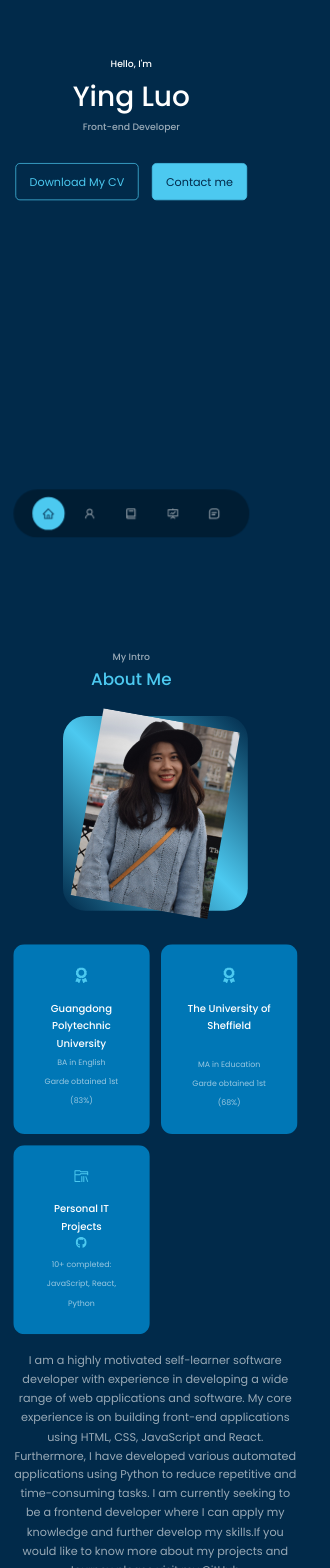
Repository: yingluo1020/react-portfolio-website
Page: /
These files come from the project's save history. The page is drawn as it stood at one moment and after the next save; the edit follows.
The browser window is 375 px wide. The page is 472 px wide, so the pictures cover 472 px, including what lies to the right of the window. The pictures show the part of the page from y = 0 to 2240 px (the page is 6400 px tall before and 6000 px after), at 70% of full size.
The project was rebuilt for these pictures with package versions that can differ from the ones it lists, and the page was loaded fresh each time. Imported but missing from the stored project, and not drawn on this page: src/assets/cv1.pdf.

Above is the page before, as saved 2022-03-16 09:26:39.

### src/index.css
@import url('https://fonts.googleapis.com/css2?family=Poppins:wght@300;400;500;600&display=swap');

* {
 margin: 0;
 padding: 0;
 border: 0;
 outline: 0;
 box-sizing: border-box;
 list-style: none;
 text-decoration: none;
}

:root {
    --color-bg:#012a4a;
    --color-bg-variant:#0077b6;
    --color-primary:#4cc9f0;
    --color-primary-variant:rgba(77,181,255,0.4);
    --color-white:#fff;
    --color-light:rgba(255,255,255,0.6);

    --transition:all 400ms ease;

    --container-width-lg:75%;
    --container-width-md:86%;
    --container-width-sm:90%;
}

html {
    scroll-behavior:smooth;
}

::-webkit-scrollbar {
    display: none;
}

body {
    font-family: 'Poppins', sans-serif;
    background: var(--color-bg);
    color:var(--color-white);
    line-height:1.7;
}

/* general styles */
.container {
    width:var(--container-width-lg);
    margin: 0 auto;
}

h1,
h2,
h3,
h4,
h5 {
    font-weight: 500;
}

h1 {
    font-size: 2.5rem;
}

section {
    margin-top: 8rem;
    /* height: 100vh; */
}

section > h2, section > h5 {
    text-align: center;
    color: var(--color-light);
}

section > h2 {
    color: var(--color-primary);
    margin-bottom: 3rem;
}

.text-light {
    color: var(--color-light);
}

a {
    color: var(--color-primary);
    transition: var(--transition);
}

a:hover {
    color: var(--color-white);
}

.btn {
    width: max-content;
    display: inline-block;
    color: var(--color-primary);
    padding: 0.75rem 1.2rem;
    border-radius:0.4rem;
    cursor: pointer;
    border: 1px solid var(--color-primary);
    transition: var(--transition);
}

.btn:hover{
    background: var(--color-white);
    color: var(--color-bg);
    border-color: transparent;
}

.btn-primary {
    background: var(--color-primary);
    color: var(--color-bg);
}

img{
    display: block;
    width: 100%;
    object-fit: cover;
}

/* media queries(medium devices)*/
@media screen and (max-width:1024px) {
    .container {
        width: var(--container-width-sm);
    }

    section> h2 {
        margin-bottom: 2rem;
    }
}

### src/components/header/Header.js
import React from 'react'
import avatar from '../../assets/avatar.JPG'
import './header.css';
import CV from '../../assets/cv1.pdf'


function Header() {
    return (
        <header>
            <div className="container header_container">
                <h5>Hello, I'm</h5>
                <h1>Ying Luo</h1>
                <h5 className="text-light">Front-end Developer</h5>

                <div className='cta'>
                    <a href={CV} download className='btn'>Download My CV</a>
                    <a href="#contact" className='btn btn-primary'>Contact me</a>
                </div>
            </div>
        </header>
    )
}

export default Header

### src/components/nav/Nav.js
import React, { useState } from 'react'
import './nav.css'
import { AiOutlineHome, } from 'react-icons/ai'
import { AiOutlineUser } from 'react-icons/ai'
import { BiBook } from 'react-icons/bi'
import { AiOutlineFundProjectionScreen } from 'react-icons/ai'
import { BiMessageSquareDetail } from 'react-icons/bi'


function Nav() {
    const [activeNav, setActiveNav] = useState('#')
    return (
        <nav>
            <a href="#" onClick={() => setActiveNav('#')} className={activeNav === '#' ? 'active' : ''}><AiOutlineHome /></a>
            <a href="#about" onClick={() => setActiveNav('#about')} className={activeNav === '#about' ? 'active' : ''}><AiOutlineUser /></a>
            <a href="#experience" onClick={() => setActiveNav('#experience')} className={activeNav === '#experience' ? 'active' : ''}><BiBook /></a>
            <a href="#portfolio" onClick={() => setActiveNav('#services')} className={activeNav === '#services' ? 'active' : ''}><AiOutlineFundProjectionScreen /></a>
            <a href="#contact" onClick={() => setActiveNav('#contact')} className={activeNav === '#contact' ? 'active' : ''}><BiMessageSquareDetail /></a>
        </nav>
    )
}

export default Nav

### src/components/about/About.js
import React from 'react'
import avatar from '../../assets/avatar.JPG'
import { FaAward } from 'react-icons/fa'
import { VscFolderLibrary } from 'react-icons/vsc'
import { FaGithub } from 'react-icons/fa';
import './about.css';

function About() {
    return (
        <section id='about'>
            <h5>My Intro</h5>
            <h2>About Me</h2>

            <div className="container about_container">
                <div className="about_me">
                    <div className="about_image">
                        <img src={avatar} alt="About Image" />
                    </div>
                </div>

                <div className="about_content">
                    <div className="about_cards">
                        <article className="about_card">
                            <FaAward className='about_icon' />
                            <h5>Guangdong Polytechnic University</h5>
                            <small>BA in English</small><br />
                            <small>Garde obtained 1st (83%)</small>
                        </article>

                        <article className="about_card">
                            <FaAward className='about_icon' />
                            <h5>The University of Sheffield</h5><br />
                            <small>MA in Education</small><br />
                            <small>Garde obtained 1st (68%)</small>
                        </article>
                        <article className="about_card">
                            <VscFolderLibrary className='about_icon' />
                            <h5>Personal IT Projects </h5>
                            <a href="https://github.com/yingluo1020" target="_blank"><FaGithub /></a><br />
                            <small>10+ completed:</small><br />
                            <small>JavaScript, React, Python </small>

                        </article>

                    </div>

                    <p>I am a highly motivated self-learner software developer with experience in developing a wide range of web applications and software. My core experience is on building front-end applications using HTML, CSS, JavaScript and React. Furthermore, I have developed various automated applications using Python to reduce repetitive and time-consuming tasks. I am currently seeking to be a frontend developer where I can apply my knowledge and further develop my skills.If you would like to know more about my projects and Journey please visit my GitHub. </p>
                    <div className="about_btn">
                        <a href="#contact" className="btn btn">Contact Me</a>
                        <a href="#" target="_blank" className="btn btn-primary">Go to My Projects</a>
                        <a href="https://github.com/yingluo1020" target="_blank" className="btn btn-primary"><FaGithub /></a>
                    </div>

                </div>
            </div>
        </section>
    )
}

export default About

### src/components/experience/Experience.js
import React from 'react'
import './experience.css';
import { BsPatchCheck } from 'react-icons/bs'


function Experience() {
    return (
        <section id='experience'>
            <h5>What Skills I Have</h5>
            <h2>My Experience</h2>

            <div className="container experience_container">
                <div className="experience_frontend">
                    <div className="experience_content">
                        <article className='experience_details'>
                            <BsPatchCheck className='experience_details-icon' />
                            <div>
                                <h4>HTML</h4>
                                <small className='text_light'>Experienced</small>
                            </div>
                        </article>
                        <article className='experience_details'>
                            <BsPatchCheck className='experience_details-icon' />
                            <div>
                                <h4>CSS</h4>
                                <small className='text_light'>Experienced</small>
                            </div>
                        </article>
                        <article className='experience_details'>
                            <BsPatchCheck className='experience_details-icon' />
                            <div>
                                <h4>JavaScript</h4>
                                <small className='text_light'>Experienced</small>
                            </div>
                        </article>
                        <article className='experience_details'>
                            <BsPatchCheck className='experience_details-icon' />
                            <div>
                                <h4>React</h4>
                                <small className='text_light'>Experienced</small>
                            </div>
                        </article>
                        <article className='experience_details'>
                            <BsPatchCheck className='experience_details-icon' />
                            <div>
                                <h4>Node JS</h4>
                                <small className='text_light'>Intermediate</small>
                            </div>
                        </article>
                        <article className='experience_details'>
                            <BsPatchCheck className='experience_details-icon' />
                            <div>
                                <h4>Python</h4>
                                <small className='text_light'>Intermediate</small>
                            </div>
                        </article>
                    </div>
                </div>
            </div>
        </section>
    )
}

export default Experience

### src/components/portfolio/Portfolio.js
import React from 'react'
import './portfolio.css';
import project1 from '../../assets/todo1.jpg'
import project2 from '../../assets/search.jpg'
import project3 from '../../assets/btc_alert.jpg'



function Portfolio() {
    return (
        <section id='portfolio'>
            <h5>My Projects</h5>
            <h2>Portfolio</h2>
            <div className="container portfolio_container ">
                <article className='portfolio'>
                    <div className="portfolio_head">
                        <h3 >To-Do List web app</h3>
                    </div>


                    <div className="portfolio_item-image">
                        <img src={project1} alt="project1" />
                    </div>

                    <div className="portfolio_link">
                        <a href="https://github.com" target='_blank' className='btn btn-primary'>Github</a>
                    </div>
                </article>

                <article className='portfolio'>
                    <div className="portfolio_head">
                        <h3 >To-Do List web app</h3>
                    </div>

                    <div className="portfolio_body">
                        <div className="portfolio_item-image">
                            <img src={project2} alt="project1" />
                        </div>
                    </div>
                    <div className="portfolio_link">
                        <a href="https://github.com" target='_blank' className='btn btn-primary'>Github</a>
                    </div>
                </article>

                <article className='portfolio'>
                    <div className="portfolio_head">
                        <h3 >To-Do List web app</h3>
                    </div>

                    <div className="portfolio_body">
                        <div className="portfolio_item-image">
                            <img src={project3} alt="project1" />
                        </div>
                    </div>
                    <div className="portfolio_link">
                        <a href="https://github.com" target='_blank' className='btn btn-primary'>Github</a>
                    </div>
                </article>

            </div>
        </section>
    )
}

export default Portfolio

### src/components/contact/Contact.js
import React, { useRef } from 'react'
import './contact.css'
import { MdOutlineEmail } from 'react-icons/md'
import { RiMessengerLine } from 'react-icons/ri'
import { BsWhatsapp } from 'react-icons/bs'
import emailjs from '@emailjs/browser';


function Contact() {
    const form = useRef();

    const sendEmail = (e) => {
        e.preventDefault();

        emailjs.sendForm('service_s6sapzl', 'template_utnko3u', form.current, 'user_Ak4JS85QR5w9GZLqKm3hY')

        alert(`I'll will reply you ASAP :)`)
        e.target.reset()
    };

    return (
        <section id="contact">
            <h5>Get In Touch</h5>
            <h2>Contact Me</h2>

            <div className="container contact_container">
                <div className="contact_options">
                    <article className='contact_option'>
                        <MdOutlineEmail className='contact_option-icon' />
                        <h4>Email</h4>
                        <h5>yingluo1020@gmail.com</h5>
                        <a href="mailto:yingluo1020@gmail.com" target='_blank'>Send a message</a>
                    </article>

                    <article className='contact_option'>
                        <RiMessengerLine className='contact_option-icon' />
                        <h4>Messenger</h4>
                        <h5>Ying Luo</h5>
                        <a href="https://m.me/yng.luo" target='_blank'>Send a message</a>
                    </article>

                    <article className='contact_option'>
                        <BsWhatsapp className='contact_option-icon' />
                        <h4>WhatsApp</h4>
                        <h5>+44 7407171383</h5>
                        <a href="https://api.whatsapp.com/send?phone+447407171383" target='_blank'>Send a message</a>
                    </article>
                </div>
                {/* End of contact options */}
                <form action="" ref={form} onSubmit={sendEmail}>
                    <input type="text" name='name' placeholder='Your Name' required />
                    <input type="email" name='email' placeholder='Your Email' required />
                    <textarea type="text" name='name' placeholder='Your Message' required ></textarea>
                    <button type="submit" className="btn btn-primary">Send a message</button>
                </form>

            </div>
        </section>

    )
}

export default Contact

### src/components/footer/Footer.js
import React from 'react'
import './footer.css'
import { BsLinkedin } from 'react-icons/bs';
import { FaGithub } from 'react-icons/fa';
import { FiDribbble } from 'react-icons/fi';


function Footer() {
    return (
        <footer>
            <a href="https://github.com/yingluo1020" target="_blank" className='footer_logo'><FaGithub /> Ying Luo</a>
            <ul className='permalinks'>
                <li><a href="#">Home</a></li>
                <li><a href="#about">About</a></li>
                <li><a href="#experience">Experience</a></li>
                <li><a href="#portfolio">Portfolio</a></li>
                <li><a href="#contact">Contact</a></li>
            </ul>

            <div className="footer_copyright">
                <small>&copy; All rights reserved by Ying Luo.</small>
            </div>
        </footer>
    )
}

export default Footer

### src/components/header/header.css
header {
    height: 50vh;
    padding-top: 5rem;
    overflow: hidden;
}

.header_container {
    text-align: center;
    height: 100%;
    position: relative;
}


.cta {
    margin: 2.5rem auto;
    display: flex;
    gap:1.2rem;
    justify-content: center;
}

/* header socials  */
.header_socials{
    display: flex;
    flex-direction: column;
    align-items: center;
    gap:0.8rem;
    position: absolute;
    left: 0;
    bottom: 3rem;
}

.avatar {
    background: linear-gradient(var(--color-primary),transparent) ;
    width: 22rem;
    height: 30rem;
    position: absolute;
    left: calc(50% - 11rem);
    border-radius: 12rem 12rem 0 0 ;
    /* overflow: hidden; */
    padding: 5rem 1.5rem 1.5rem 1.5rem;
}

/* scroll down */
.scroll_down{
    position: absolute;
    right: -2.3rem;
    bottom: 5rem;
    transform: rotate(90deg);
    font-weight: 300;
    font-size: 0.9rem;
}

/* media queries(medium devices)
@media screen and (max-width:1024px) {
     header {
         height: 68vh;
     }
}

/* media queries(small devices)*/
@media screen and (max-width:600px) {
    header {
        height: 100vh;
    }

    .header_socials,.scroll_down{
        display: none;
    }
} */

### src/components/nav/nav.css
nav {
    background: rgba(0, 0, 0, 0.3);
    width: max-content;
    display: block;
    padding:0.7rem 1.7rem;
    z-index: 2;
    position: fixed;
    left: 50%;
    transform: translateX(-50%);
    bottom: 2rem;
    display: flex;
    gap: 0.8rem;
    border-radius: 3rem;
    /* backdrop-filter: blur(15px); */
}

nav a {
    background: transparent;
    padding: 0.9rem;
    border-radius:50% ;
    display: flex;
    color: var(--color-light);
    font-size: 1.1rem;
}

nav a:hover{
    background: rgba(0, 0, 0, 0.3);
}

nav a.active {
    background: var(--color-primary);
    color: var(--color-bg);
}

### src/components/about/about.css
.about_container {
    display: grid;
    grid-template-columns: 35% 50%;
    gap: 15%;
}

.about_me{
    width: 100%;
    aspect-ratio: 0.95/1;
    border-radius: 2rem;
    background: linear-gradient(45deg,transparent,var( --color-primary),transparent);
    display: grid;
    place-items: center;
}

.about_image {
    border-radius: 2rem;
    overflow: hidden;
    transform: rotate(10deg);
    transition: var(--transition);
}

.about_image:hover{
    transform: rotate(0);
}

.about_image img {
    width: 75%;
    margin: 0 auto;
}
.about_cards {
    display: grid;
    grid-template-columns: repeat(3,1fr);
    gap: 1.5rem;
}

.about_card {
    background: var(--color-bg-variant);
    border:1px solid transparent ;
    border-radius: 1rem;
    padding: 2rem;
    text-align: center;
    transition: var(--transition);
}

.about_card:hover {
    background:transparent;
    border-color:var(--color-primary-variant) ;
    cursor: default;
}

.about_icon {
    color: var(--color-primary);
    font-size: 1.4rem;
    margin-bottom: 1rem;
}

.about_card h5 {
    font-size: 0.9rem;
}

.about_card small {
    font-size: 0.7rem;
    color: var(--color-light);
}

.about_content p {
    margin: 2rem 0 2.6rem;
    color: var(--color-light);
}

.about_content .about_btn {
    display: flex;
    gap:1.2rem;
}

/* media queries(medium devices)*/
@media screen and (max-width:1024px) {
    .about_container {
        grid-template-columns: 1fr ;
        gap:0;
    }

    .about_me{
        width: 50%;
        margin: 2rem auto 4rem;
    }

    .about_content p {
        margin: 1rem 0 1.5rem;
    }
}

/* media queries(small devices)*/
@media screen and (max-width:600px) {
    .about_me{
        width: 65%;
        margin: 0 auto 3rem;
    }

    .about_cards {
        grid-template-columns: 1fr 1fr;
        gap: 1rem;
    }

    .about_content {
        text-align: center;
    }

    .about_content p {
        margin: 1.5rem 0;
    }
}

### src/components/experience/experience.css
.experience_container{
    width: 35%;
}

.experience_container >div {
    background: var(--color-bg-variant);
    padding: 2.4rem 10rem;
    border-radius: 2rem;
    border: 1px solid transparent;
    transition: var(--transition);
}

.experience_container >div:hover{
    background: transparent;
    border-color: var(--color-primary-variant);
    cursor: default;
}

.experience_content {
    display: grid;
    grid-template-columns: 1fr 1fr;
    gap: 5rem;
    row-gap: 2rem;
}

.experience_details {
    display: flex;
    gap: 1rem;
}

.experience_details-icon{
    margin-top: 6px;
    color: var(--color-primary);
}

/* media queries(medium devices)*/
@media screen and (max-width:1024px) {
    .experience_container{
        grid-template-columns: 1fr;
    }

    .experience_container >div {
        width: 80%;
        padding: 2rem;
        margin: 0 auto;
    }

    .experience_content {
        padding: 1rem;
    }
}

/* media queries(small devices)*/
@media screen and (max-width:600px) {
    .experience_container{
        gap: 1rem;
    }

    .experience_container >div {
        width: 100%;
        padding: 2rem 1rem;
    }
}

### src/components/portfolio/portfolio.css
.portfolio_container{
    display: grid;
    grid-template-columns: repeat(3,1fr);
    gap: 2.5rem;
}

.portfolio {
    background: var(--color-bg-variant);
    border-radius:0 0 2rem 2rem;
    border: 1px solid transparent;
    /* height: fit-content; */
    transition: var(--transition);
}

.portfolio:hover {
    background: transparent;
    border-color: var(--color-primary-variant);
    transition: var(--transition);
}

.portfolio_head{
    background: var(--color-primary);
    border-radius:0 0 2rem 2rem;
    padding: 2rem;
    box-shadow: 0 2rem 1rem rgba(0,0,0,0.1);
}

.portfolio_head h3 {
    text-align: center;
    font-size: 1rem;
    color: var(--color-bg);
}

.portfolio_item-image {
    width: 20rem;
    height: 20rem;
    /* aspect-ratio: 1/1;   */
    border-radius: 1.5rem;
    overflow: hidden;
    margin: 1rem auto;
}

.portfolio_link {
    display: flex;
    justify-content: center;
    margin: 1rem 0;
}


/* media queries(medium devices)*/
@media screen and (max-width:1024px) {
    .portfolio_container{
        grid-template-columns: 1fr 1fr;
        gap: 1.2rem;
    }
}

/* media queries(small devices)*/
@media screen and (max-width:600px) {
    .portfolio_container {
        grid-template-columns: 1fr;
        gap: 1rem;
    }
}

### src/components/contact/contact.css
.contact_container {
    width: 58%;
    display: grid;
    grid-template-columns: 30% 58%;
    gap: 12%;
}

.contact_options {
    display: flex;
    flex-direction: column;
    gap: 1.2rem;
}

.contact_option{
    background: var(--color-bg-variant);
    padding: 1.2rem ;
    border-radius:1.2rem;
    border: 1px solid transparent;
    text-align: center;
    transition: var(--transition);
}

.contact_option:hover{
    background: transparent;
    border-color: var(--color-primary-variant);
}

.contact_option-icon{
    font-size: 1.5rem;
    margin-bottom: 0.5rem;
}

.contact_option a {
    margin-top: 0.7rem;
    display: inline-block;
    font-size: 0.8rem;
}

/* form */
form {
    display: flex;
    flex-direction: column;
    gap: 1.2rem;
}

input, textarea{
    width: 100%;
    padding: 1.5rem ;
    border-radius:0.5rem;
    border: 2px solid var(--color-primary-variant);
    background: transparent;
    resize: none; /* 元素不能被用户缩放。 */
    color: var(--color-white);
}

/* media queries(medium devices)*/
@media screen and (max-width:1024px) {
    .contact_container {
        grid-template-columns: 1fr;
        gap: 2rem;
    }

}

/* media queries(small devices)*/
@media screen and (max-width:600px) {
    .contact_container{
        width: var(--container-width-sm);
    }
}

### src/components/footer/footer.css
footer {
    background: var(--color-primary);
    padding: 2rem 0;
    text-align: center;
    font-size: 0.9rem;
    margin-top: 7rem;
}

footer a {
    color: var(--color-bg);
}

.footer_logo{
    font-size: 2rem;
    font-weight: 500;
    margin-bottom: 2rem;
    display: inline-block;
}

.permalinks{
    display: flex;
    flex-wrap: wrap;
    justify-content: center;
    gap: 2rem;
    margin: 0 auto 3rem;
}

.footer_socials{
    display: flex;
    justify-content: center;
    gap: 1rem;
    margin-bottom: 4rem;
}

.footer_socials a {
    display: flex;
    background: var(--color-bg);
    color: var(--color-white);
    padding: 0.8rem;
    border-radius: 0.7rem;
    border: 1px solid transparent;
    transition: var(--transition);
}

.footer_socials a:hover{
    background: transparent;
    color: var(--color-bg);
    border-color: var(--color-bg);
}

.footer_copyright {
    margin-bottom: 4rem;
    color: var(--color-bg);
}

/* media queries(small devices)*/
@media screen and (max-width:600px) {
    .permalinks{
        flex-direction: column;
        gap: 1.5rem;
    }

    .footer_socials{
        margin-bottom: 2.6rem;
    }
}

Loaded but not shown: public/index.html (common file); src/index.js (common file); src/App.js (common file)

After the next save:
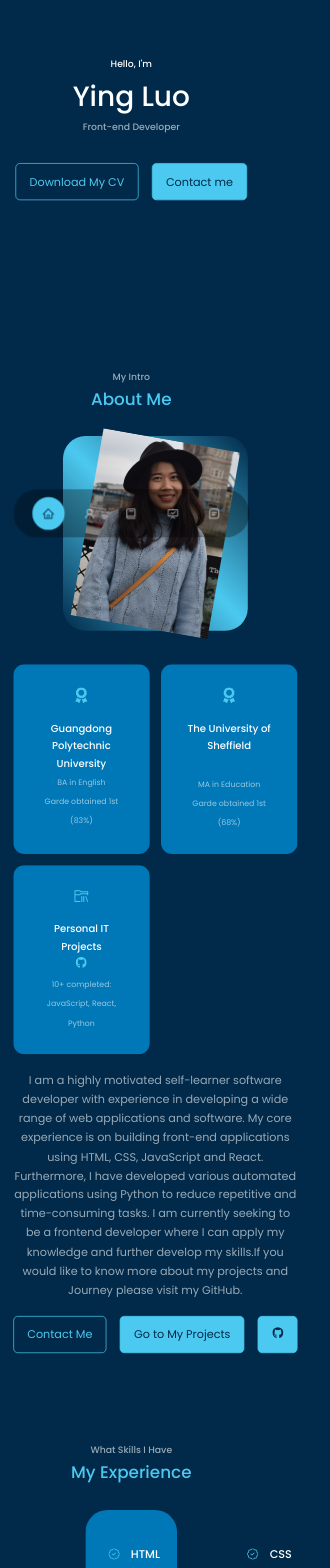
Saved 39 s later.
--- a/src/components/header/header.css
+++ b/src/components/header/header.css
@@ -50,15 +50,15 @@
     font-size: 0.9rem;
 }
 
-/* media queries(medium devices)
-@media screen and (max-width:1024px) {
+/* media queries(medium devices) */
+/* @media screen and (max-width:1024px) {
      header {
          height: 68vh;
      }
-}
+} */
 
 /* media queries(small devices)*/
-@media screen and (max-width:600px) {
+/* @media screen and (max-width:600px) {
     header {
         height: 100vh;
     }

After the save that followed:
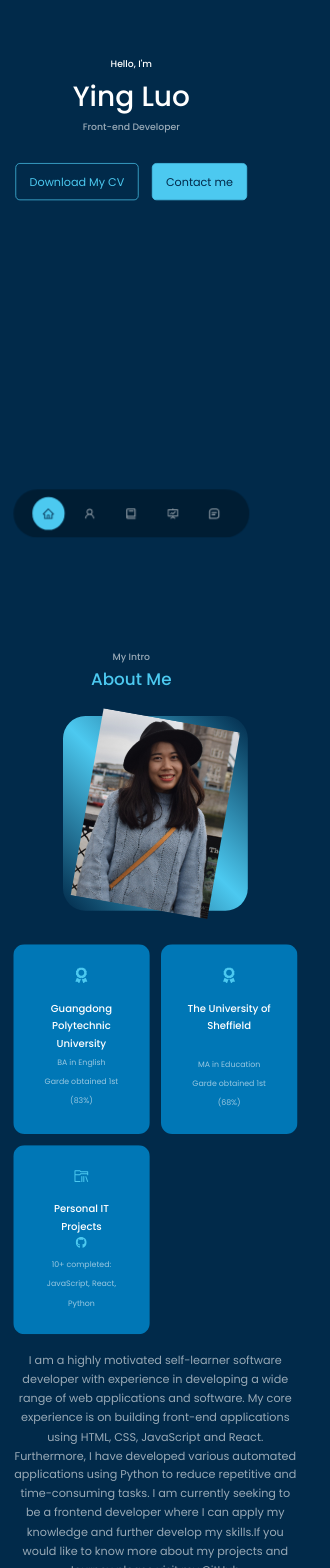
Saved 25 s later.
--- a/src/components/header/header.css
+++ b/src/components/header/header.css
@@ -1,5 +1,5 @@
 header {
-    height: 50vh;
+    height: 40vh;
     padding-top: 5rem;
     overflow: hidden;
 }
@@ -51,14 +51,14 @@
 }
 
 /* media queries(medium devices) */
-/* @media screen and (max-width:1024px) {
+@media screen and (max-width:1024px) {
      header {
          height: 68vh;
      }
-} */
+}
 
 /* media queries(small devices)*/
-/* @media screen and (max-width:600px) {
+@media screen and (max-width:600px) {
     header {
         height: 100vh;
     }
@@ -66,4 +66,4 @@
     .header_socials,.scroll_down{
         display: none;
     }
-} */
+}
